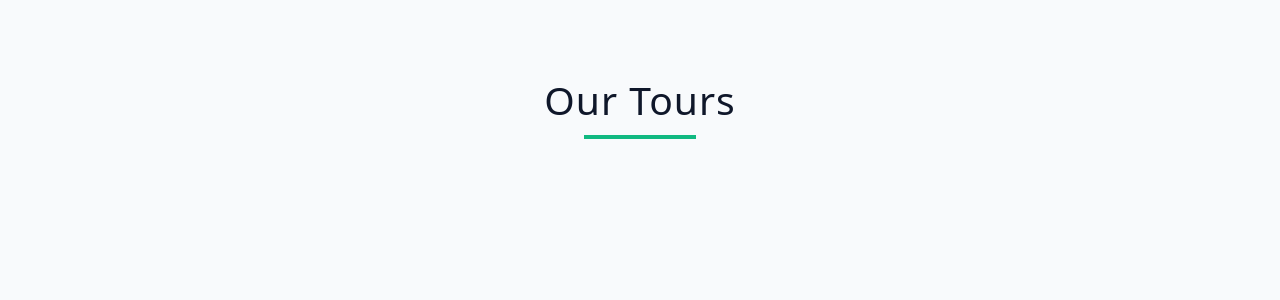
Repository: Maryie-B/React-Practice-Projects
Page: / (app in Tours Page/)
An editor plug-in stored every save of this project. The page is shown before and after the next save, followed by the edit.
The browser window is 1280 px wide. The pictures show the whole page.
The page's requests for data from a server got no answer. The project was rebuilt for these pictures with package versions that can differ from the ones it lists, and the page was loaded fresh each time. No one was signed in, and anything a server would have sent is missing. Also part of the build but not shown: Tours Page/vite.config.js, Tours Page/src/Tour.jsx.

Above is the page before, as saved 2023-06-07 11:05:59.

### Tours Page/src/App.jsx
import { useEffect, useState } from "react";
import Loading from "./Loading";
import Tours from "./Tours";

const url = 'https://course-api.com/react-tours-project';

const App = () => {
  const [isLoading, setIsLoading] = useState(true);
  const [tours, setTours] = useState([]);

  const removeTour = (id) => {
    const newTours = tours.filter((tour) => tour.id !== id);
    setTours(newTours);
  };

  const fetchTours = async () => {
    setIsLoading(true);
    try {
      const response = await fetch(url);
      const tours = await response.json();
      console.log(tours);
      setTours(tours);
    } catch (error) {
      console.log(error);
    }
    setIsLoading(false);
  };

  useEffect(() => {
    fetchTours();
  }, []);

  if (isLoading) {
    return <main>
      <Loading />
    </main>
  }

  return <main>
    <Tours tours={tours} removeTour={removeTour}/>
  </main>;
};
export default App;

### Tours Page/src/Loading.jsx
import React from 'react'

const Loading = () => {
  return (
    <div className="loading">
    </div>
  )
}

export default Loading

### Tours Page/src/Tours.jsx
import React from 'react'
import Tour from './Tour'

const Tours = ({tours, removeTour}) => {
  return (
    <section>
      <div className="title">
        <h2>Our Tours</h2>
        <div className="title-underline"></div>
      </div>
      <div className="tours">
        {tours.map((tour) => {
            return <Tour key={tour.id} {...tour} removeTour={removeTour}/>
        })}
      </div>
    </section>
  )
}

export default Tours

Loaded but not shown: Tours Page/index.html (common file); Tours Page/src/main.jsx (common file); Tours Page/src/index.css (common file)

After the next save:
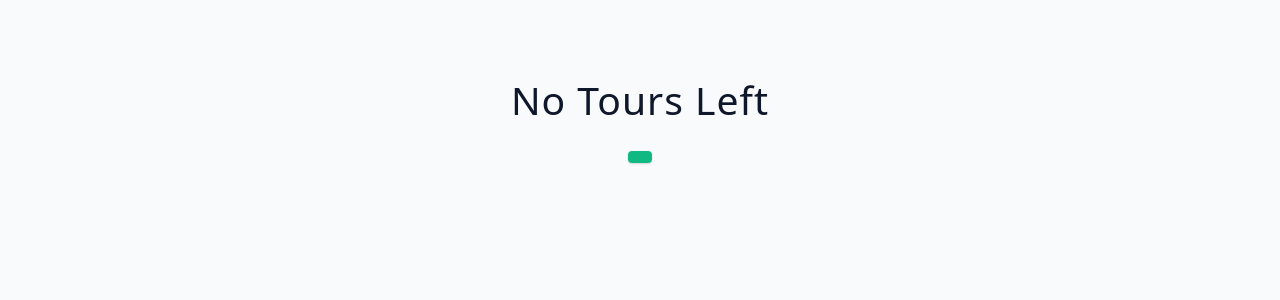
Saved 3 min 49 s later.
--- a/Tours Page/src/App.jsx
+++ b/Tours Page/src/App.jsx
@@ -36,6 +36,15 @@ const App = () => {
     </main>
   }
 
+  if (tours.length === 0) {
+    return <main>
+      <div className="title">
+        <h2>no tours left</h2>
+        <button type="button" style={{marginTop: '2rem'}} className="btn" onClick={fetchTours}></button>
+      </div>
+    </main>
+  }
+
   return <main>
     <Tours tours={tours} removeTour={removeTour}/>
   </main>;
